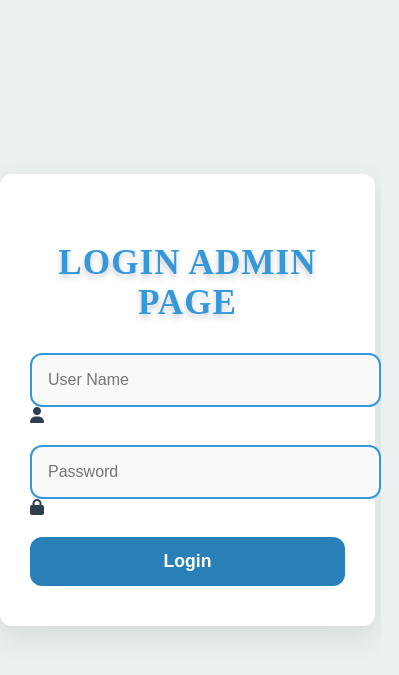
Repository: sadeq2003/library-project-uom
Page: http://localhost/login.php
These files come from the project's save history. The page is drawn as it stood at one moment and after the next save; the edit follows.
The browser window is 375 px wide. The page is 381 px wide, then 399 px, so the pictures cover 399 px, including what lies to the right of the window. The pictures show the whole page.
The page is run by PHP 8.4 with error messages shown; the project is at /var/www/html/.

Above is the page before, as saved 2025-02-01 17:45:36.

### login.php
<?php
session_start();
include('library/include/connect.php');
if (isset($_SESSION['EMAIL'])) {
    header("Location: index.php");
    exit();
}
?>
<!DOCTYPE html>
<html lang="en">
<head>
    <meta charset="UTF-8">
    <meta name="viewport" content="width=device-width, initial-scale=1.0">
    <title>Login Page</title>
    <link rel="stylesheet" href="login_style.css">
    <link href='https://unpkg.com/boxicons@2.1.4/css/boxicons.min.css' rel='stylesheet'>
    <link rel="stylesheet" href="https://cdnjs.cloudflare.com/ajax/libs/font-awesome/6.5.2/css/all.min.css" integrity="sha512-SnH5WK+bZxgPHs44uWIX+LLJAJ9/2PkPKZ5QiAj6Ta86w+fsb2TkcmfRyVX3pBnMFcV7oQPJkl9QevSCWr3W6A==" crossorigin="anonymous" referrerpolicy="no-referrer" />
</head>
<body>
    <section class="hero">
        <form action="login.php" method="post">
            <div class="contian">
                <h1>Login Admin Page</h1>
                <div class="input-box">
                    <input type="email" placeholder="User Name" name="email" required>
                    <i class="fa-solid fa-user"></i>
                </div>
                <div class="input-box">
                    <input type="password" placeholder="Password" name="password" required>
                    <i class="fa-solid fa-lock"></i>
                </div>
                <button type="submit" name="add">Login</button>
            </div>
        </form>
    </section>

    <?php
    @$ademail = $_POST['email'];
    @$adpassword = $_POST['password'];
    @$adadd = $_POST['add'];

    if (isset($adadd)) {
        if (empty($ademail) || empty($adpassword)) {
            echo '<script>alert("Please enter your email address or password.")</script>';
        } else {
            $query = "SELECT * FROM admin WHERE EMAIL='$ademail' AND password='$adpassword'";
            $result = mysqli_query($conn, $query);
            if (mysqli_num_rows($result) > 0) {
                $_SESSION['EMAIL'] = $ademail;
                header("Location: admin.php");
            } else {
                echo '<script>alert("You cannot log in to the admin page. Sorry!")</script>';
                header("Location: index.php");
            }
        }
    }
    ?>
</body>
</html>

### library/include/connect.php
<?php
$host="localhost";
$username="root";
$password="";
$dbname="library";

$conn = mysqli_connect($host,$username,$password,$dbname);
// if(isset($conn))
// {
//     echo"اتصال ناجح ";
// }
// else{
//     echo"اتصال فاشل";
// }

// $DELETE="DELETE from section where sectionname ='sadeq'";
// mysqli_query($conn,$DELETE);
// for($i=0;$i<10;$i++){
// $INSERT="INSERT into section VALUES ($i,'sadeq')";
// mysqli_query($conn,$INSERT);
// }
?>

### login_style.css
:root {
    --primary-color: #3498db; /* الأزرق الهادئ */
    --background-color: #ecf0f1; /* الخلفية الفاتحة */
    --button-color: #2980b9; /* زر باللون الأزرق الداكن */
    --hover-color: #1f618d; /* تأثير التمرير */
    --text-color: #2c3e50; /* اللون الداكن للنص */
    --border-radius: 12px; /* منحنيات الأزرار والإطارات */
    --shadow-color: rgba(0, 0, 0, 0.1); /* تأثير الظلال */
    --font-main: 'Poppins', sans-serif; /* الخط الأساسي */
    --font-title: 'Merriweather', serif; /* خط العنوان */
}

body {
    background-color: var(--background-color);
    color: var(--text-color);
    font-family: var(--font-main);
    display: flex;
    justify-content: center;
    align-items: center;
    height: 100vh;
    margin: 0;
    padding: 0;
}

.hero {
    width: 100%;
    max-width: 400px;
    background-color: #fff;
    padding: 50px 40px;
    border-radius: var(--border-radius);
    box-shadow: 0 10px 30px var(--shadow-color);
    transition: transform 0.4s ease-in-out;
}

.hero:hover {
    transform: translateY(-10px);
}

h1 {
    font-size: 2.8em;
    color: var(--primary-color);
    text-align: center;
    margin-bottom: 30px;
    font-family: var(--font-title);
    letter-spacing: 1px;
    text-transform: uppercase;
    text-shadow: 0 4px 6px rgba(0, 0, 0, 0.2);
}

.input-box {
    margin-bottom: 20px;
    position: relative;
}

.input-box input {
    width: 100%;
    padding: 18px;
    font-size: 1.1em;
    border: 2px solid var(--primary-color);
    border-radius: var(--border-radius);
    background-color: #f9f9f9;
    color: var(--text-color);
    outline: none;
    transition: border-color 0.3s ease, box-shadow 0.3s ease;
}

.input-box input:focus {
    border-color: var(--button-color);
    box-shadow: 0 0 10px var(--button-color);
}

button {
    width: 100%;
    padding: 16px;
    background-color: var(--button-color);
    color: #fff;
    font-size: 1.2em;
    font-weight: bold;
    border-radius: var(--border-radius);
    border: none;
    cursor: pointer;
    transition: background-color 0.3s ease, transform 0.3s ease;
}

button:hover {
    background-color: var(--hover-color);
    transform: translateY(-5px);
}

button:active {
    transform: translateY(0);
}

/* Media Queries for responsiveness */
@media (max-width: 600px) {
    .hero {
        padding: 40px 30px;
        max-width: 90%;
    }

    h1 {
        font-size: 2.2em;
    }

    .input-box input {
        padding: 16px;
        font-size: 1em;
    }

    button {
        padding: 14px;
        font-size: 1.1em;
    }
}

After the next save:
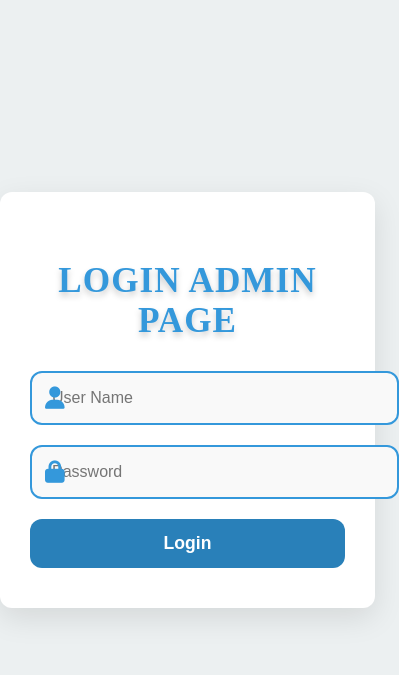
Saved 2 min 29 s later.
--- a/login_style.css
+++ b/login_style.css
@@ -26,7 +26,7 @@ body {
     width: 100%;
     max-width: 400px;
     background-color: #fff;
-    padding: 50px 40px;
+    padding: 40px 30px;
     border-radius: var(--border-radius);
     box-shadow: 0 10px 30px var(--shadow-color);
     transition: transform 0.4s ease-in-out;
@@ -37,7 +37,7 @@ body {
 }
 
 h1 {
-    font-size: 2.8em;
+    font-size: 2.4em;
     color: var(--primary-color);
     text-align: center;
     margin-bottom: 30px;
@@ -54,7 +54,7 @@ h1 {
 
 .input-box input {
     width: 100%;
-    padding: 18px;
+    padding: 16px 40px 16px 20px; /* إضافة مسافة للأيقونة */
     font-size: 1.1em;
     border: 2px solid var(--primary-color);
     border-radius: var(--border-radius);
@@ -69,12 +69,21 @@ h1 {
     box-shadow: 0 0 10px var(--button-color);
 }
 
+.input-box i {
+    position: absolute;
+    left: 15px;
+    top: 50%;
+    transform: translateY(-50%);
+    color: var(--primary-color);
+    font-size: 1.4em; /* تحسين حجم الأيقونة */
+}
+
 button {
     width: 100%;
     padding: 16px;
     background-color: var(--button-color);
     color: #fff;
-    font-size: 1.2em;
+    font-size: 1.1em;
     font-weight: bold;
     border-radius: var(--border-radius);
     border: none;
@@ -103,7 +112,7 @@ button:active {
     }
 
     .input-box input {
-        padding: 16px;
+        padding: 16px 30px 16px 20px; /* تحسين المسافات للأيقونة */
         font-size: 1em;
     }
 
